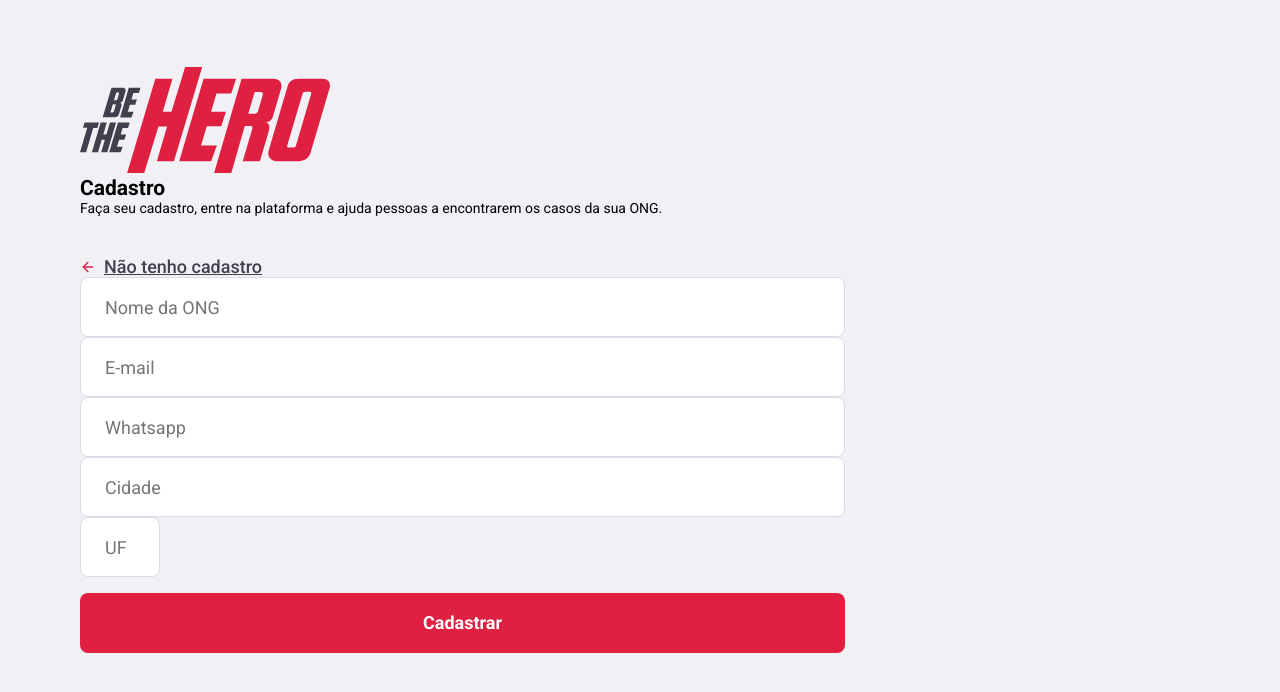
Repository: s7Thiago/semana-omnistack-11.0
Page: /register (app in front-end/)
The author's editor kept a copy of each file at every save. The page is drawn from the files as they stood at one save, then again after the next save.
The browser window is 1280 px wide. The pictures show the whole page.
The project was rebuilt for these pictures with package versions that can differ from the ones it lists, and the page was loaded fresh each time. Also part of the build but not shown: front-end/src/pages/Logon/styles.css, front-end/src/pages/Logon/index.js.

Above is the page before, as saved 2020-03-26 22:31:20.

After the next save:
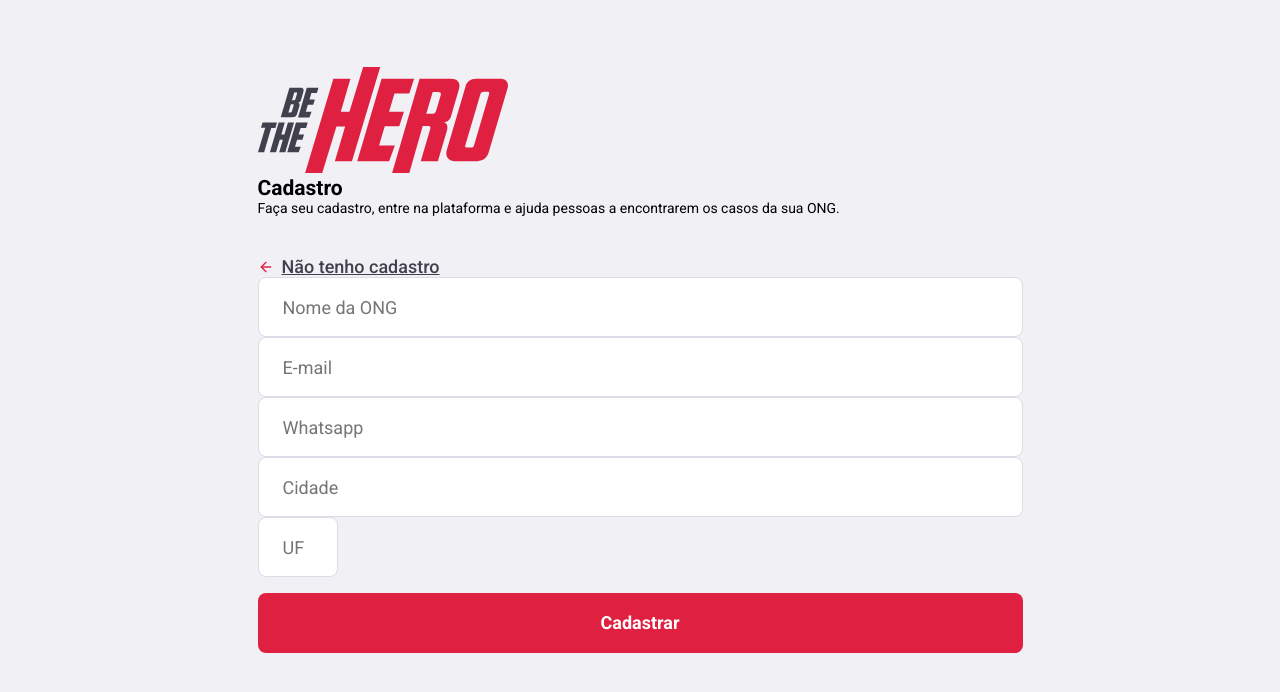
Saved 83 s later.
--- a/front-end/src/pages/Register/styles.css
+++ b/front-end/src/pages/Register/styles.css
@@ -6,4 +6,9 @@
 
     display: flex;
     align-items: center;
+    justify-content: center;
 }
+
+.register-container .content {
+    width: 100%;
+}
